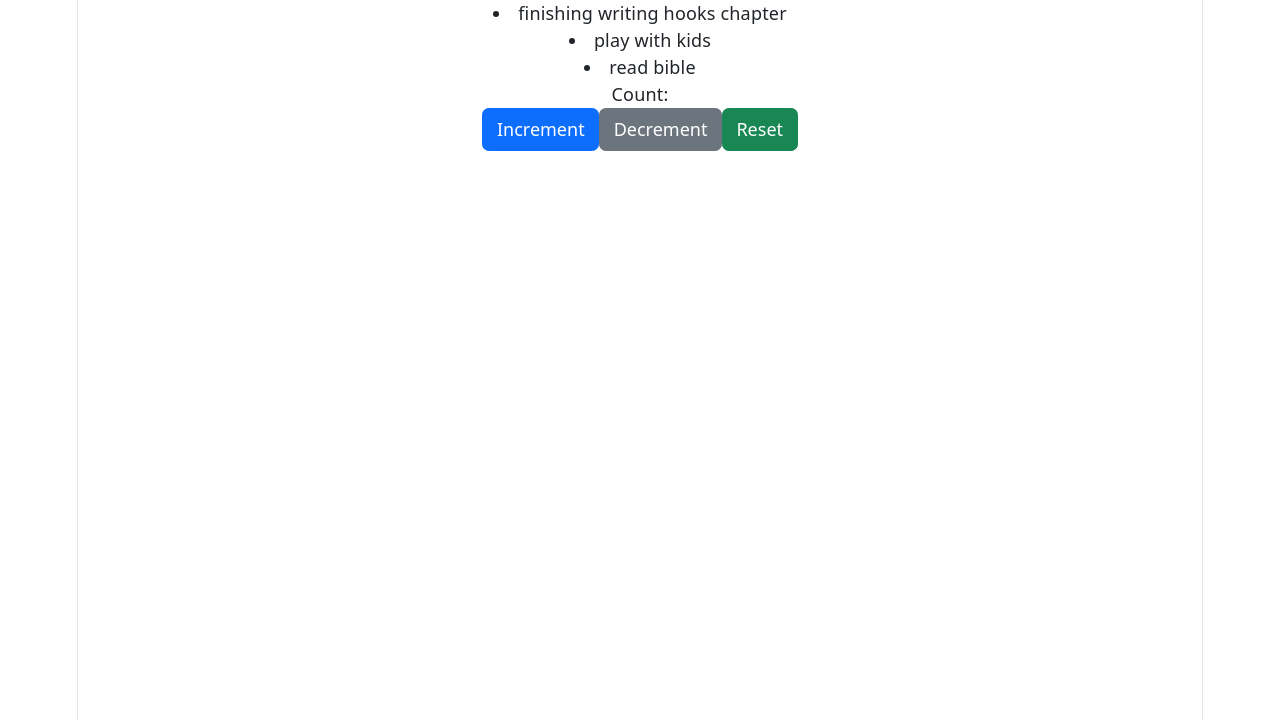
Repository: Sydwell1/ReactCourse
Page: / (app in Chapter8/react-hooks-chapter8-start/)
An editor plug-in stored every save of this project. The page is shown before and after a run of saves, followed by the edit.
The browser window is 1280 px wide. The pictures show the whole page.
The project was rebuilt for these pictures with package versions that can differ from the ones it lists, and the page was loaded fresh each time. Also part of the build but not shown: Chapter8/react-hooks-chapter8-start/vite.config.js.

Above is the page before, as saved 2026-11-24 15:50:30.

### Chapter8/react-hooks-chapter8-start/index.html
<!doctype html>
<html lang="en">
  <head>
    <meta charset="UTF-8" />
    <link rel="icon" type="image/svg+xml" href="/favicon.svg" />
    <meta name="viewport" content="width=device-width, initial-scale=1.0" />
    <title>react-hooks-chapter8-start</title>
  </head>
  <body>
    <div id="root"></div>
    <script type="module" src="/src/main.jsx"></script>
  </body>
</html>

### Chapter8/react-hooks-chapter8-start/src/main.jsx
import { StrictMode } from "react";
import { createRoot } from "react-dom/client";
import "./index.css";
import "bootstrap/dist/css/bootstrap.min.css";
import App from "./App.jsx";
import { UserContext } from "./UserContext";

const username = "Greg";

createRoot(document.getElementById("root")).render(
  <StrictMode>
    <UserContext.Provider value={username}>
      <App />
    </UserContext.Provider>
  </StrictMode>,
);

### Chapter8/react-hooks-chapter8-start/src/index.css
:root {
  --text: #6b6375;
  --text-h: #08060d;
  --bg: #fff;
  --border: #e5e4e7;
  --code-bg: #f4f3ec;
  --accent: #aa3bff;
  --accent-bg: rgba(170, 59, 255, 0.1);
  --accent-border: rgba(170, 59, 255, 0.5);
  --social-bg: rgba(244, 243, 236, 0.5);
  --shadow:
    rgba(0, 0, 0, 0.1) 0 10px 15px -3px, rgba(0, 0, 0, 0.05) 0 4px 6px -2px;

  --sans: system-ui, 'Segoe UI', Roboto, sans-serif;
  --heading: system-ui, 'Segoe UI', Roboto, sans-serif;
  --mono: ui-monospace, Consolas, monospace;

  font: 18px/145% var(--sans);
  letter-spacing: 0.18px;
  color-scheme: light dark;
  color: var(--text);
  background: var(--bg);
  font-synthesis: none;
  text-rendering: optimizeLegibility;
  -webkit-font-smoothing: antialiased;
  -moz-osx-font-smoothing: grayscale;

  @media (max-width: 1024px) {
    font-size: 16px;
  }
}

@media (prefers-color-scheme: dark) {
  :root {
    --text: #9ca3af;
    --text-h: #f3f4f6;
    --bg: #16171d;
    --border: #2e303a;
    --code-bg: #1f2028;
    --accent: #c084fc;
    --accent-bg: rgba(192, 132, 252, 0.15);
    --accent-border: rgba(192, 132, 252, 0.5);
    --social-bg: rgba(47, 48, 58, 0.5);
    --shadow:
      rgba(0, 0, 0, 0.4) 0 10px 15px -3px, rgba(0, 0, 0, 0.25) 0 4px 6px -2px;
  }

  #social .button-icon {
    filter: invert(1) brightness(2);
  }
}

body {
  margin: 0;
}

#root {
  width: 1126px;
  max-width: 100%;
  margin: 0 auto;
  text-align: center;
  border-inline: 1px solid var(--border);
  min-height: 100svh;
  display: flex;
  flex-direction: column;
  box-sizing: border-box;
}

h1,
h2 {
  font-family: var(--heading);
  font-weight: 500;
  color: var(--text-h);
}

h1 {
  font-size: 56px;
  letter-spacing: -1.68px;
  margin: 32px 0;
  @media (max-width: 1024px) {
    font-size: 36px;
    margin: 20px 0;
  }
}
h2 {
  font-size: 24px;
  line-height: 118%;
  letter-spacing: -0.24px;
  margin: 0 0 8px;
  @media (max-width: 1024px) {
    font-size: 20px;
  }
}
p {
  margin: 0;
}

code,
.counter {
  font-family: var(--mono);
  display: inline-flex;
  border-radius: 4px;
  color: var(--text-h);
}

code {
  font-size: 15px;
  line-height: 135%;
  padding: 4px 8px;
  background: var(--code-bg);
}

### Chapter8/react-hooks-chapter8-start/src/App.jsx
import { UserContext } from "./UserContext";
import React, { useReducer } from "react";
import ToDoList from "./ToDoList";

import { Button } from "react-bootstrap";

const initialState = {
  count: 0,
};

const todosInitialState = {
  todos: [
    { id: 1, text: "finishing writing hooks chapter" },
    { id: 2, text: "play with kids" },
    { id: 3, text: "read bible" },
  ],
};

function todosReducer(state, action) {
  switch (action.type) {
    default:
      return todosInitialState;
  }
}

export const TodosContext = React.createContext();

function reducer(state, action) {
  switch (action.type) {
    case "increment":
      return { count: state.count + 1 };
    case "decrement":
      return { count: state.count - 1 };
    case "reset":
      return initialState;
      ault: return initialState;
  }
}

function App() {
  const [state, dispatch] = useReducer(todosReducer, todosInitialState);

  // const [state, dispatch] = useReducer(reducer, initialState);

  return (
    <>
      <TodosContext.Provider value={{ state, dispatch }}>
        <ToDoList />
      </TodosContext.Provider>

      <div>
        Count: {state.count}
        <br />
        <Button onClick={() => dispatch({ type: "increment" })}>
          Increment
        </Button>
        <Button
          variant="secondary"
          onClick={() => dispatch({ type: "decrement" })}
        >
          Decrement
        </Button>
        <Button variant="success" onClick={() => dispatch({ type: "reset" })}>
          Reset
        </Button>
      </div>
    </>
  );
}

export default App;

### Chapter8/react-hooks-chapter8-start/src/ToDoList.jsx
import React, { useContext } from "react";
import { TodosContext } from "./App";
import { Table } from "react-bootstrap";

function ToDoList() {
  // receive state and dispatch from index.js
  const { state, dispatch } = useContext(TodosContext);
  return (
    <div>
      {state.todos.map((todo) => (
        <li key={todo.id}>
          <span>{todo.text}</span>
        </li>
      ))}
    </div>
  );
}
export default ToDoList;

Loaded but not shown: Chapter8/react-hooks-chapter8-start/src/UserContext.jsx (common file)

After the next 2 saves:
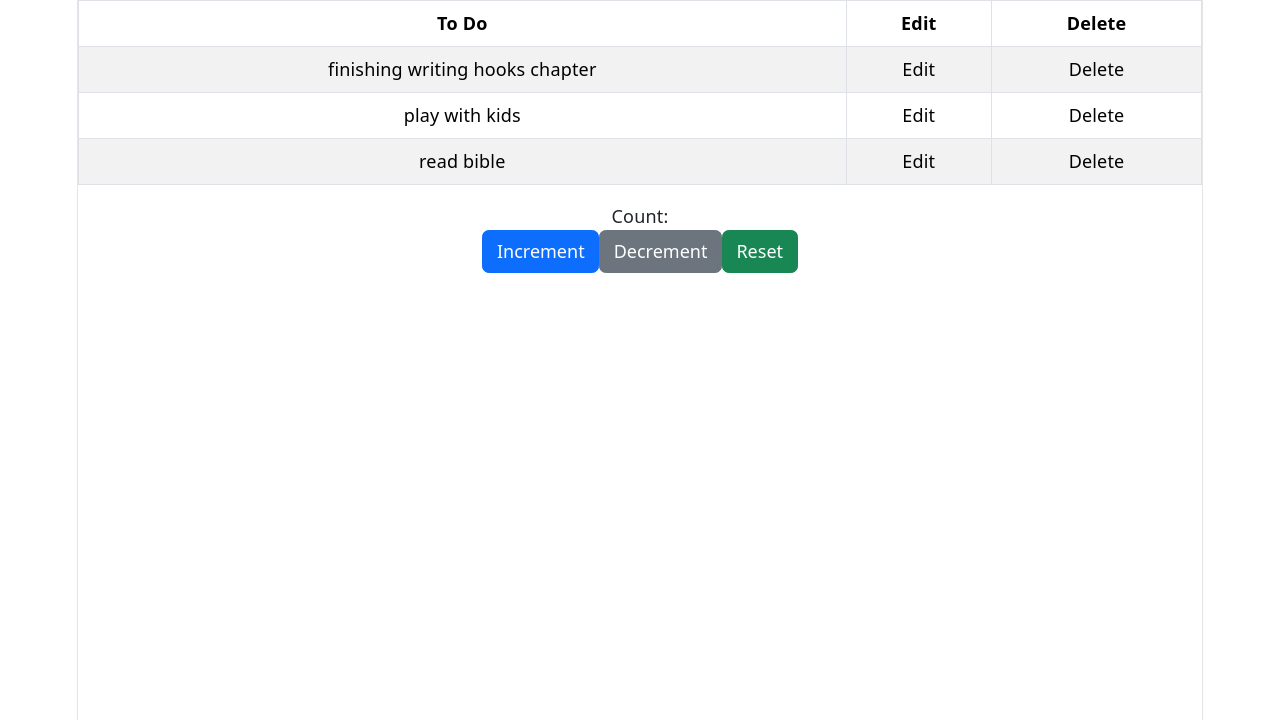
The 2 saves are shown as one change because 1 did not build or start.
The last was saved 40 s later.
--- a/Chapter8/react-hooks-chapter8-start/src/ToDoList.jsx
+++ b/Chapter8/react-hooks-chapter8-start/src/ToDoList.jsx
@@ -3,15 +3,27 @@ import { TodosContext } from "./App";
 import { Table } from "react-bootstrap";
 
 function ToDoList() {
-  // receive state and dispatch from index.js
   const { state, dispatch } = useContext(TodosContext);
   return (
     <div>
-      {state.todos.map((todo) => (
-        <li key={todo.id}>
-          <span>{todo.text}</span>
-        </li>
-      ))}
+      <Table striped bordered hover>
+        <thead>
+          <tr>
+            <th>To Do</th>
+            <th>Edit</th>
+            <th>Delete</th>
+          </tr>
+        </thead>
+        <tbody>
+          {state.todos.map((todo) => (
+            <tr key={todo.id}>
+              <td>{todo.text}</td>
+              <td>Edit</td>
+              <td>Delete</td>
+            </tr>
+          ))}
+        </tbody>
+      </Table>
     </div>
   );
 }
